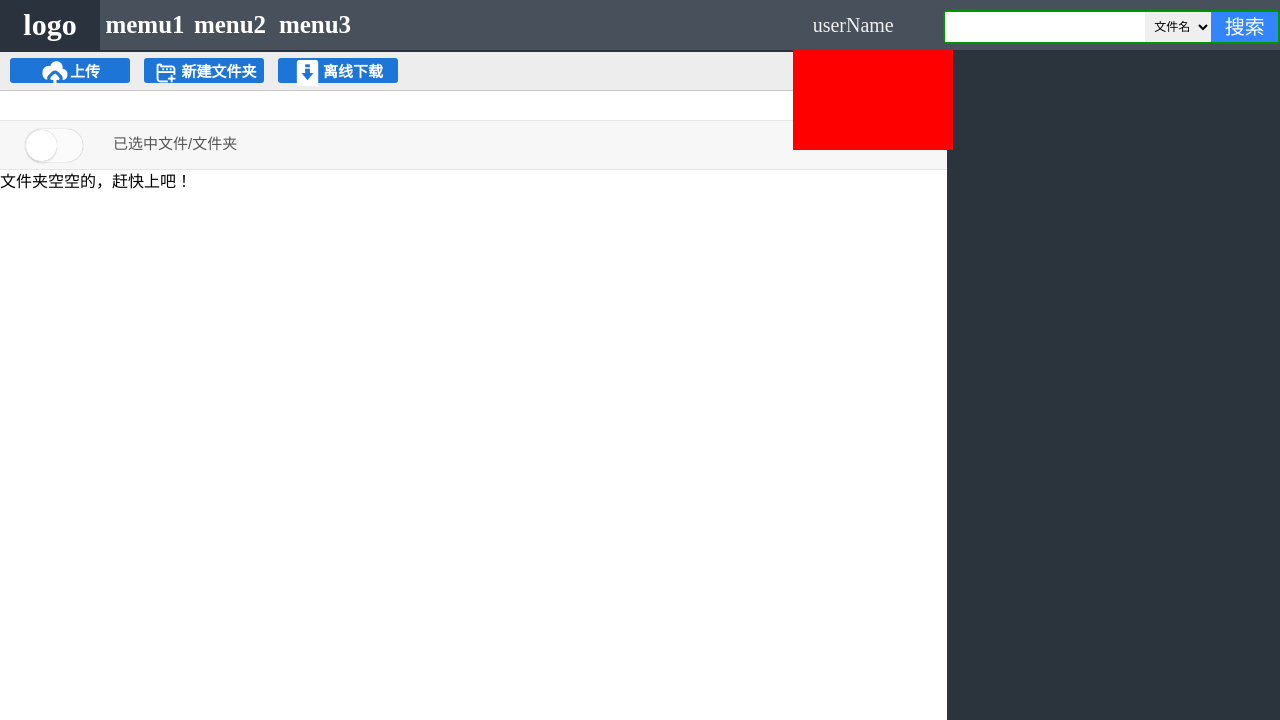
Repository: ixufeng/fileManager
Page: http://localhost/fileManager/delFile.do
The author's editor kept a copy of each file at every save. The page is drawn from the files as they stood at one save, then again after the next save.
The browser window is 1280 px wide. The pictures show the whole page.
The page is served by Tomcat 9. Queries for data that is not in the repository find no rows.

Above is the page before, as saved 2016-04-07 13:17:53.

After the next save:
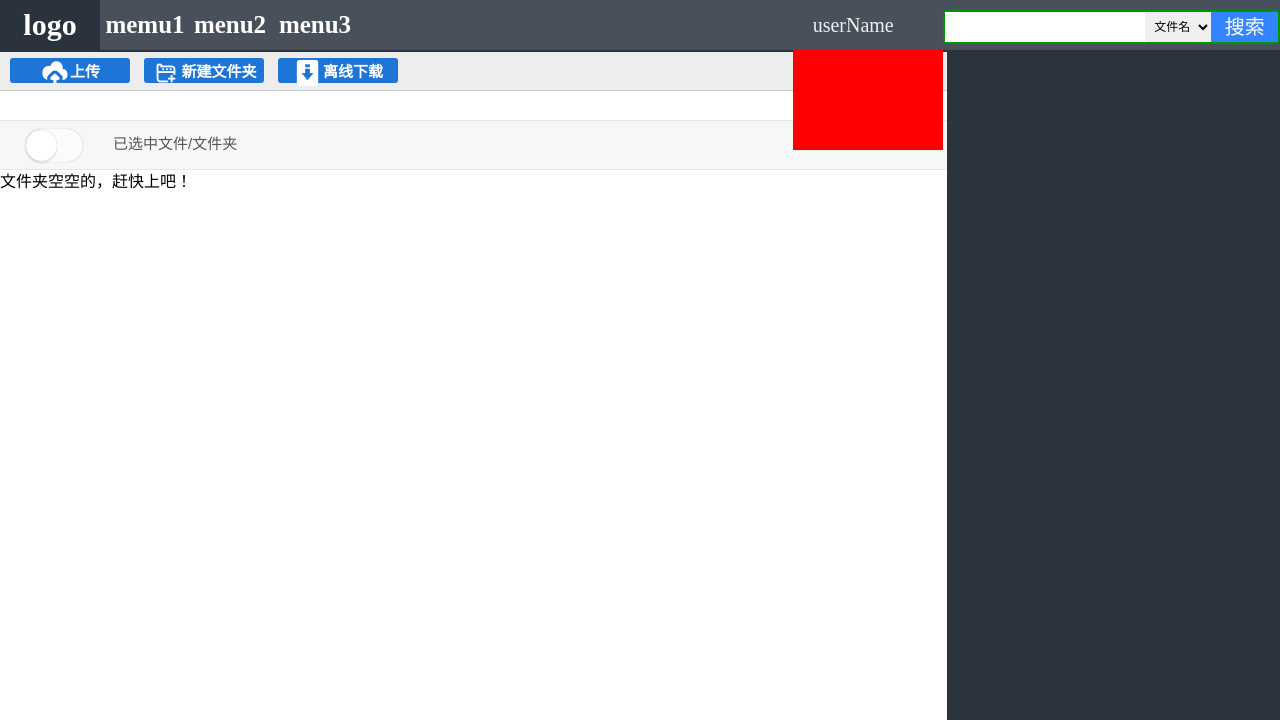
Saved 15 s later.
--- a/fileManager/WebRoot/css/title.css
+++ b/fileManager/WebRoot/css/title.css
@@ -80,7 +80,7 @@ body{
 }
 /* 茶꾜돨userBox */
 #user_box{
-	width:160px;
+	width:150px;
 	height:100px;
 	position:fixed;
 	top:50px;
